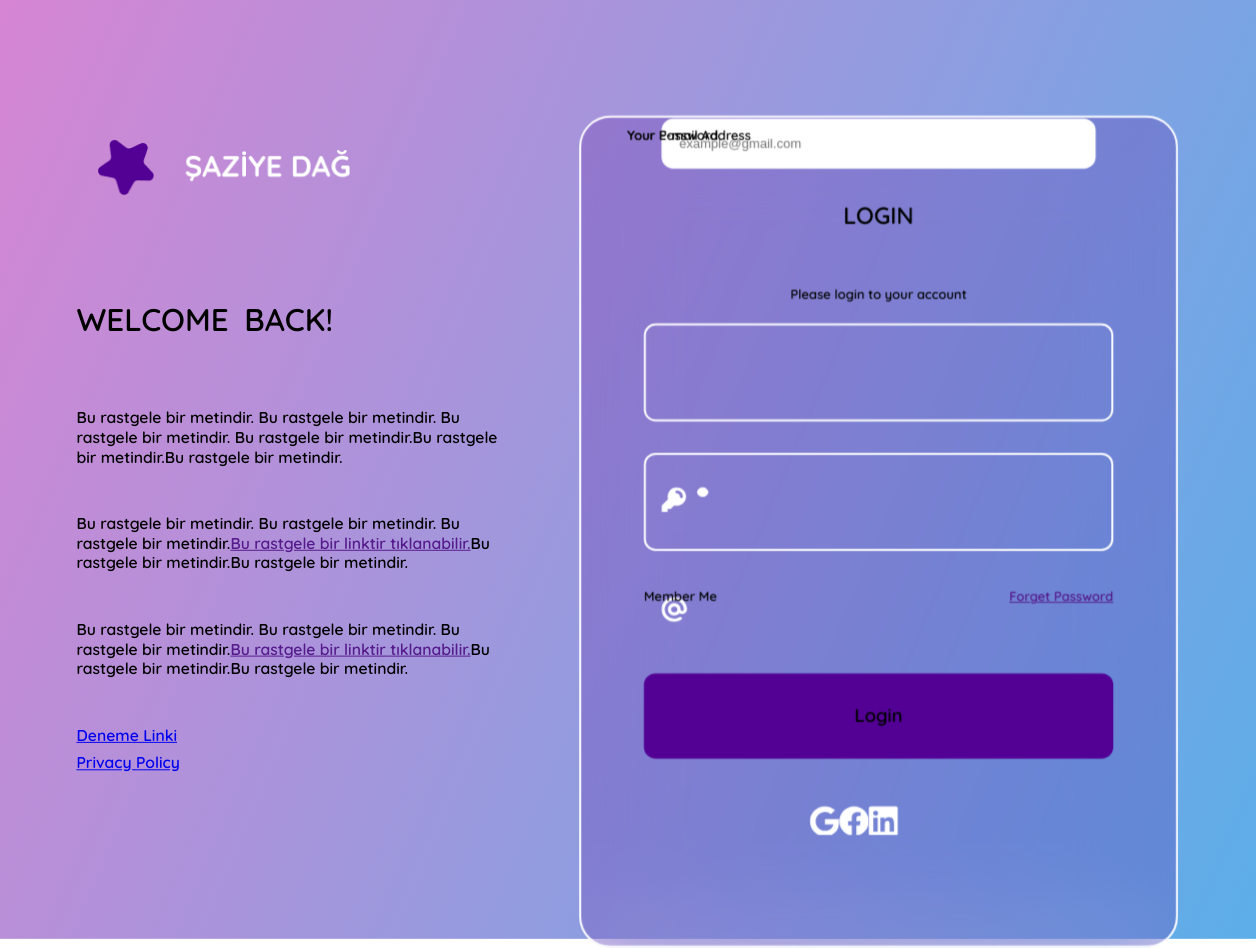
Repository: szydag/login
Page: /
These files come from the project's save history. The page is drawn as it stood at one moment and after a run of saves; the edit follows.
The browser window is 1280 px wide. The page is 1282 px wide, so the pictures cover 1282 px, including what lies to the right of the window. The pictures show the whole page, at 98% of full size.
The project was rebuilt for these pictures with package versions that can differ from the ones it lists, and the page was loaded fresh each time. Also part of the build but not shown: src/assets/svgr/unhiddenIcon/index.js.

Above is the page before, as saved 2023-10-29 20:11:20.

After the next 2 saves:
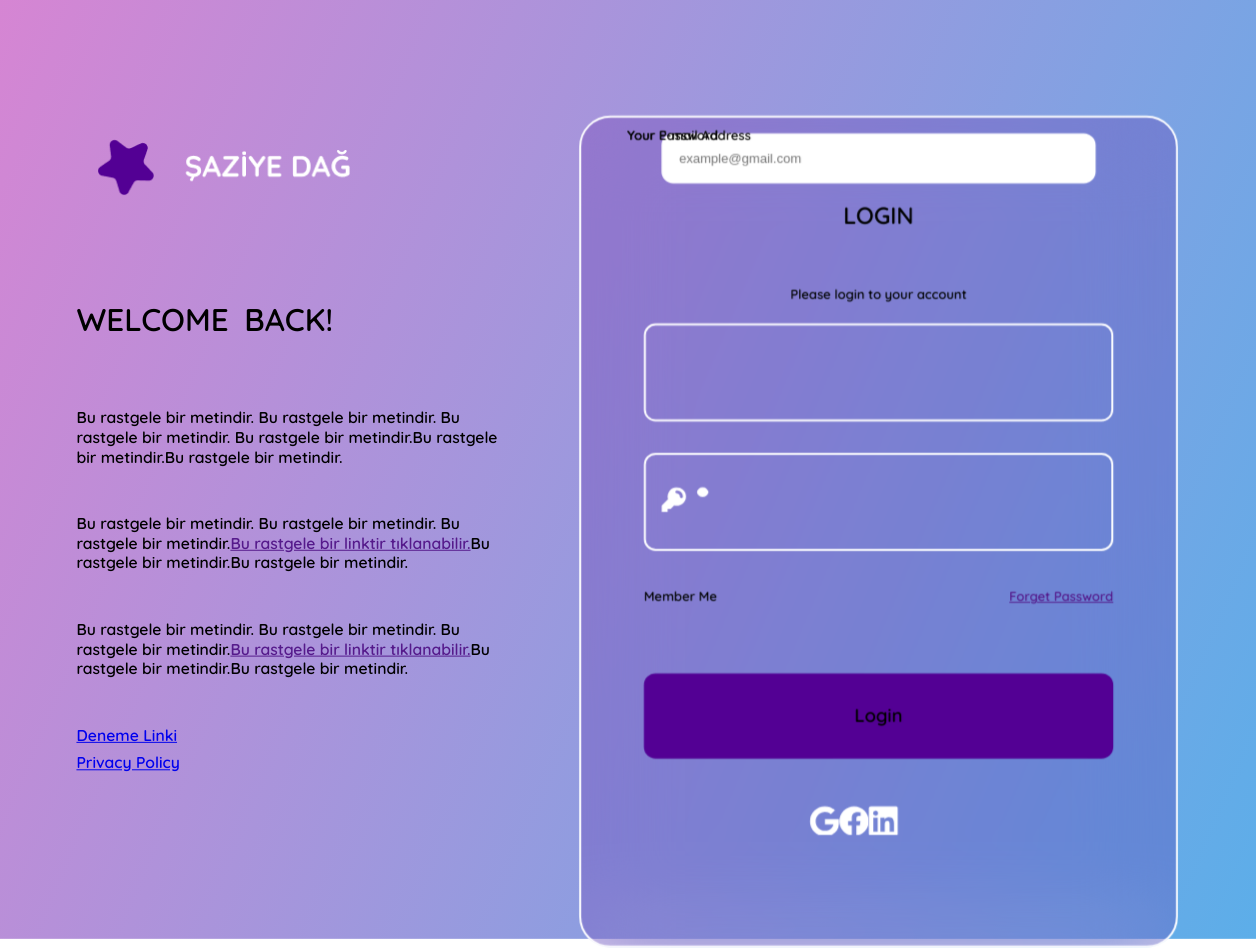
The 2 saves are shown as one change because 1 did not build or start.
The last was saved 6 min 3 s later.
--- a/src/app/pages/login/index.js
+++ b/src/app/pages/login/index.js
@@ -103,14 +103,12 @@
                                 className={classes.mailInput}
                                 type="text"
                                 placeholder='example@gmail.com'
-                            />
+                            >
+                            </input>
                             <div
                                 className={classes.content}
                             >
-                                <MailIcon
-                                    color='#ffffff'
-                                    size={30}
-                                ></MailIcon>
+
 
                             </div>
                             <div

After the save that followed:
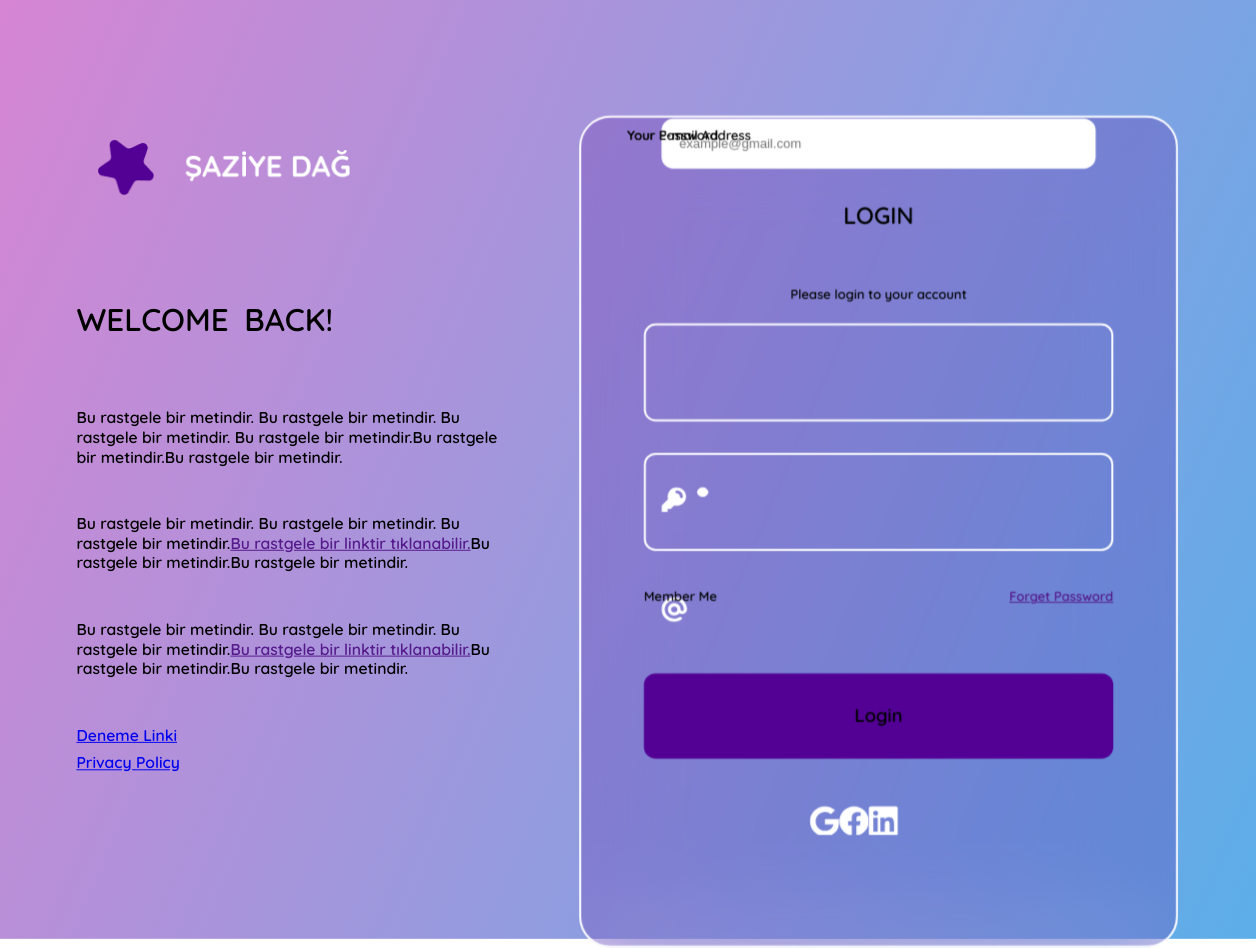
Saved 56 s later.
--- a/src/app/pages/login/index.js
+++ b/src/app/pages/login/index.js
@@ -99,23 +99,26 @@
                         <div
                             className={classes.mailInput}
                         >
+                            <div
+                                className={classes.inputTitle}
+                            >
+                                <h5>Your E-mail  Address</h5>
+                            </div>
                             <input
                                 className={classes.mailInput}
                                 type="text"
                                 placeholder='example@gmail.com'
-                            >
-                            </input>
+                            />
                             <div
                                 className={classes.content}
                             >
-
-
-                            </div>
-                            <div
-                                className={classes.inputTitle}
-                            >
-                                <h5>Your E-mail  Address</h5>
-                            </div>
+                                <MailIcon
+                                    color='#ffffff'
+                                    size={30}
+                                ></MailIcon>
+
+                            </div>
+
                         </div>
                         <div
                             className={classes.passwordInput}
